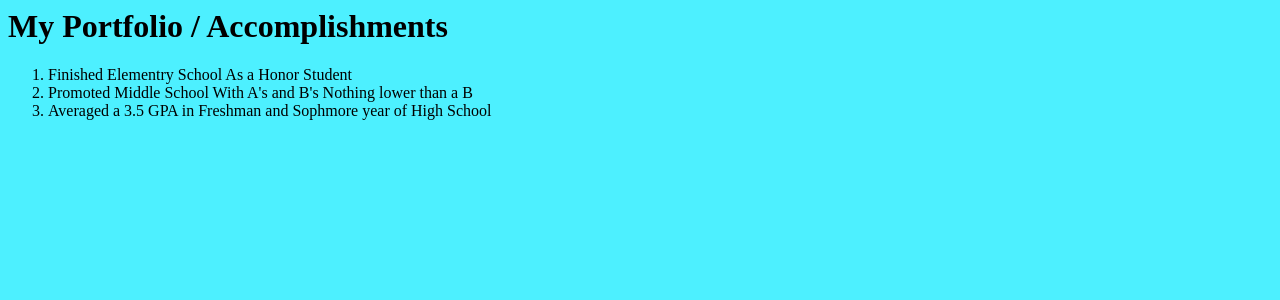
Repository: NawrasKassar/NawrasKassar.github.io
Page: portfolio.html
The author's editor kept a record of every edit. The page is drawn from the files as they stood at one moment, then again after the next edit.
The browser window is 1280 px wide. The pictures show the whole page.

Above is the page before.

After the next edit:
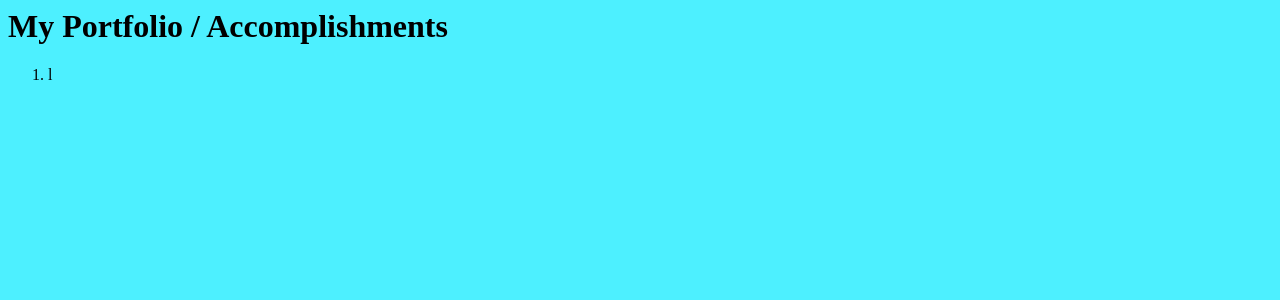
The edit:
--- a/portfolio.html
+++ b/portfolio.html
@@ -4,9 +4,7 @@
     <link rel="stylesheet" href="./styles/style.css">
     <h1>My Portfolio / Accomplishments</h1>
     <ol>
-    <li>Finished Elementry School As a Honor Student</li>
-    <li>Promoted Middle School With A's and B's Nothing lower than a B </li>
-    <li>Averaged a 3.5 GPA in Freshman and Sophmore year of High School </li>
+    <li>l
 
 
 
